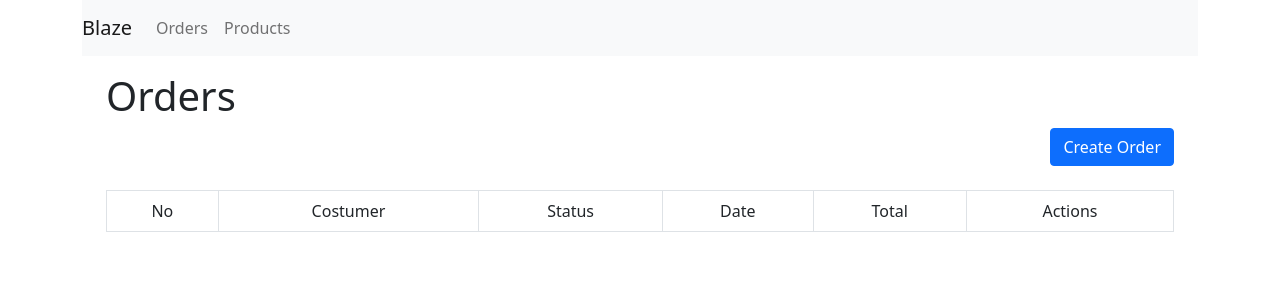
Repository: Isamae/Fractal
Page: / (app in frond/)
These files come from the project's save history. The page is drawn as it stood at one moment and after the next save; the edit follows.
The browser window is 1280 px wide. The pictures show the whole page.
The page's requests for data from a server got no answer. The project was rebuilt for these pictures with package versions that can differ from the ones it lists, and the page was loaded fresh each time. No one was signed in, and anything a server would have sent is missing. Also part of the build but not shown: frond/src/App.css, frond/src/components/ProductComponent.js, frond/src/components/AddProductComponent.js, frond/src/components/AddOrderComponent.js, frond/src/components/EditProductComponent.js.

Above is the page before, as saved 2021-09-17 17:43:53.

### frond/src/index.js
import React from 'react';
import ReactDOM from 'react-dom';
import { BrowserRouter } from "react-router-dom";

import App from './App';
import * as serviceWorker from "./serviceWorker";


ReactDOM.render(
  <BrowserRouter>
    <App />
  </BrowserRouter>,
  document.getElementById('root')
);

serviceWorker.unregister();

### frond/src/App.js
import React, { Component } from "react";
import { Switch, Route, Link } from "react-router-dom";

import 'bootstrap/dist/css/bootstrap.min.css'
import './App.css';

import ProductComponent from "./components/ProductComponent";
import OrderComponent from "./components/OrderComponent";
import AddProductComponent from "./components/AddProductComponent";
import AddOrderComponent from "./components/AddOrderComponent";
import EditProductComponent from "./components/EditProductComponent";

class App extends Component {
  render() {
    return (
      <div className="container">
          <nav className="navbar navbar-expand-lg navbar-light bg-light">
              <Link to={"/orders"} className="navbar-brand">
                Blaze
              </Link>
              <div className="navbar-nav mr-auto">
                  <li className="nav-item">
                      <Link to={"/orders"} className="nav-link">
                          Orders
                      </Link>
                  </li>
                  <li className="nav-item">
                      <Link to={"/products"} className="nav-link">
                        Products
                      </Link>
                  </li>
              </div>
          </nav>

          <div className="container mt-3">
              <Switch>
                  <Route exact path="/products" component={ProductComponent} />
                  <Route exact path={["/", "/orders"]} component={OrderComponent} />
                  <Route exact path="/products/product" component={AddProductComponent} />
                  <Route exact path="/orders/order" component={AddOrderComponent} />
                  <Route path="/products/product/:id" component={EditProductComponent} />
              </Switch>
          </div>
      </div>
    );
  }
}

export default App;

### frond/src/serviceWorker.js
const isLocalhost = Boolean(
  window.location.hostname === 'localhost' ||
    // [::1] is the IPv6 localhost address.
    window.location.hostname === '[::1]' ||
    // 127.0.0.0/8 are considered localhost for IPv4.
    window.location.hostname.match(
      /^127(?:\.(?:25[0-5]|2[0-4][0-9]|[01]?[0-9][0-9]?)){3}$/
    )
);

export function register(config) {
  if (process.env.NODE_ENV === 'production' && 'serviceWorker' in navigator) {
    // The URL constructor is available in all browsers that support SW.
    const publicUrl = new URL(process.env.PUBLIC_URL, window.location.href);
    if (publicUrl.origin !== window.location.origin) {
      // Our service worker won't work if PUBLIC_URL is on a different origin
      // from what our page is served on. This might happen if a CDN is used to
      return;
    }

    window.addEventListener('load', () => {
      const swUrl = `${process.env.PUBLIC_URL}/service-worker.js`;

      if (isLocalhost) {
        // This is running on localhost. Let's check if a service worker still exists or not.
        checkValidServiceWorker(swUrl, config);

        // Add some additional logging to localhost, pointing developers to the
        // service worker/PWA documentation.
        navigator.serviceWorker.ready.then(() => {
          console.log(
            'This web app is being served cache-first by a service ' +
              'worker. To learn more, visit https://bit.ly/CRA-PWA'
          );
        });
      } else {
        // Is not localhost. Just register service worker
        registerValidSW(swUrl, config);
      }
    });
  }
}

function registerValidSW(swUrl, config) {
  navigator.serviceWorker
    .register(swUrl)
    .then(registration => {
      registration.onupdatefound = () => {
        const installingWorker = registration.installing;
        if (installingWorker == null) {
          return;
        }
        installingWorker.onstatechange = () => {
          if (installingWorker.state === 'installed') {
            if (navigator.serviceWorker.controller) {
              // At this point, the updated precached content has been fetched,
              // but the previous service worker will still serve the older
              // content until all client tabs are closed.
              console.log(
                'New content is available and will be used when all ' +
                  'tabs for this page are closed. See https://bit.ly/CRA-PWA.'
              );

              // Execute callback
              if (config && config.onUpdate) {
                config.onUpdate(registration);
              }
            } else {
              // At this point, everything has been precached.
              // It's the perfect time to display a
              // "Content is cached for offline use." message.
              console.log('Content is cached for offline use.');

              // Execute callback
              if (config && config.onSuccess) {
                config.onSuccess(registration);
              }
            }
          }
        };
      };
    })
    .catch(error => {
      console.error('Error during service worker registration:', error);
    });
}

function checkValidServiceWorker(swUrl, config) {
  // Check if the service worker can be found. If it can't reload the page.
  fetch(swUrl, {
    headers: { 'Service-Worker': 'script' }
  })
    .then(response => {
      // Ensure service worker exists, and that we really are getting a JS file.
      const contentType = response.headers.get('content-type');
      if (
        response.status === 404 ||
        (contentType != null && contentType.indexOf('javascript') === -1)
      ) {
        // No service worker found. Probably a different app. Reload the page.
        navigator.serviceWorker.ready.then(registration => {
          registration.unregister().then(() => {
            window.location.reload();
          });
        });
      } else {
        // Service worker found. Proceed as normal.
        registerValidSW(swUrl, config);
      }
    })
    .catch(() => {
      console.log(
        'No internet connection found. App is running in offline mode.'
      );
    });
}

export function unregister() {
  if ('serviceWorker' in navigator) {
    navigator.serviceWorker.ready
      .then(registration => {
        registration.unregister();
      })
      .catch(error => {
        console.error(error.message);
      });
  }
}

### frond/src/components/OrderComponent.js
import React from "react";
import { Link } from "react-router-dom";
import Routes from "../services/routes.service";

class ProductComponent extends React.Component{
    constructor(props){
        super(props)
        this.state ={
            orders:[]
        }
    }

    componentDidMount(){
        this.getOrders();
    }

    getOrders(){
        Routes.getAllOrders().then(
            response => {
                this.setState({orders: response.data})
                console.log(response.data)
            }

        ).catch(e => {
            console.log(e);
        });
    }

    render(){
        return (
            <div  className="container ">
                <div className="d-flex flex-row"><h1> Orders</h1></div>
                <div className="d-flex flex-row-reverse mb-4">
                    <Link
                        to={"/orders/order"}
                    >
                        <button type="button" className="btn btn-primary">Create Order</button>
                    </Link>
                </div>
                <div className="row">
                    <div className="table-responsive ">
                        <table className="table table-striped table-hover table-bordered text-center">
                            <thead>

                                <tr>
                                    <td scope="col">No</td>
                                    <td><bold>Costumer</bold></td>
                                    <td>Status</td>
                                    <td>Date</td>
                                    <td>Total</td>
                                    <td>Actions</td>
                                </tr>

                            </thead>
                            <tbody>
                                {
                                    this.state.orders.map(
                                        order =>
                                        <tr key = {order._id}>
                                            <td>{order.order_number}</td>
                                            <td>{order.consumer.name}</td>
                                            <td>{order.order_status}</td>
                                            <td>{order.order_date}</td>
                                            <td>{order.total_amount}</td>
                                            <td>
                                                <Link
                                                    to={"/orders/order/"+order._id}
                                                >
                                                    Edit
                                                </Link>

                                            </td>
                                        </tr>
                                    )
                                }
                            </tbody>
                        </table>
                    </div>
                </div>
            </div>
        )
    }
}

export default ProductComponent

### frond/src/services/routes.service.js
import http from '../http';

class Routes{
    /*Product*/
    getAllProducts(){
        return http.get("/products/");
    }

    createProduct(data) {
        return http.post("/products/product", data);
    }

    updateProduct(id, data) {
        return http.put(`/products/product/${id}`, data);
    }

    deleteProduct(id) {
        return http.delete(`/products/product/${id}`);
    }

    getProduct(id) {
        return http.get(`/products/product/dato/${id}`);
    }

    /*Orders*/

    getAllOrders(){
        return http.get("/orders/");
    }

    createOrder(data) {
        return http.post("/orders/order", data);
    }

    /*Consumer*/

    createConsumer(data) {
        return http.post("/consumers/consumer", data);
    }
}

export default new Routes();

Loaded but not shown: frond/public/index.html (common file); frond/src/http.js (common file)

After the next save:
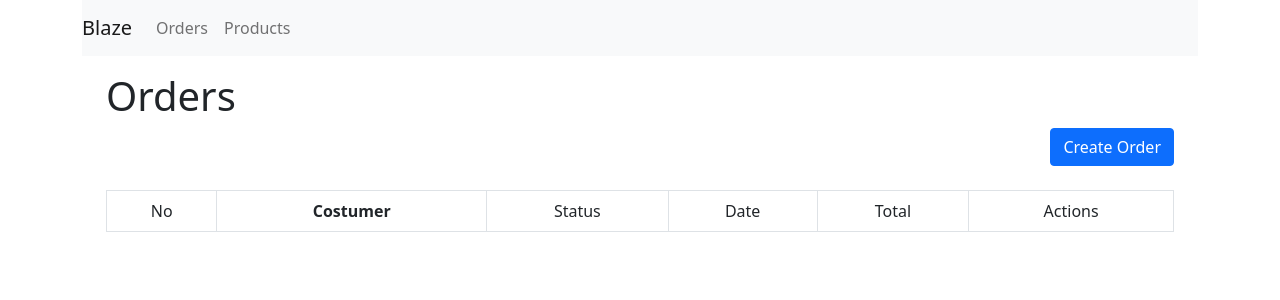
Saved 52 s later.
--- a/frond/src/components/OrderComponent.js
+++ b/frond/src/components/OrderComponent.js
@@ -44,7 +44,7 @@ class ProductComponent extends React.Component{
 
                                 <tr>
                                     <td scope="col">No</td>
-                                    <td><bold>Costumer</bold></td>
+                                    <td><strong>Costumer</strong></td>
                                     <td>Status</td>
                                     <td>Date</td>
                                     <td>Total</td>
